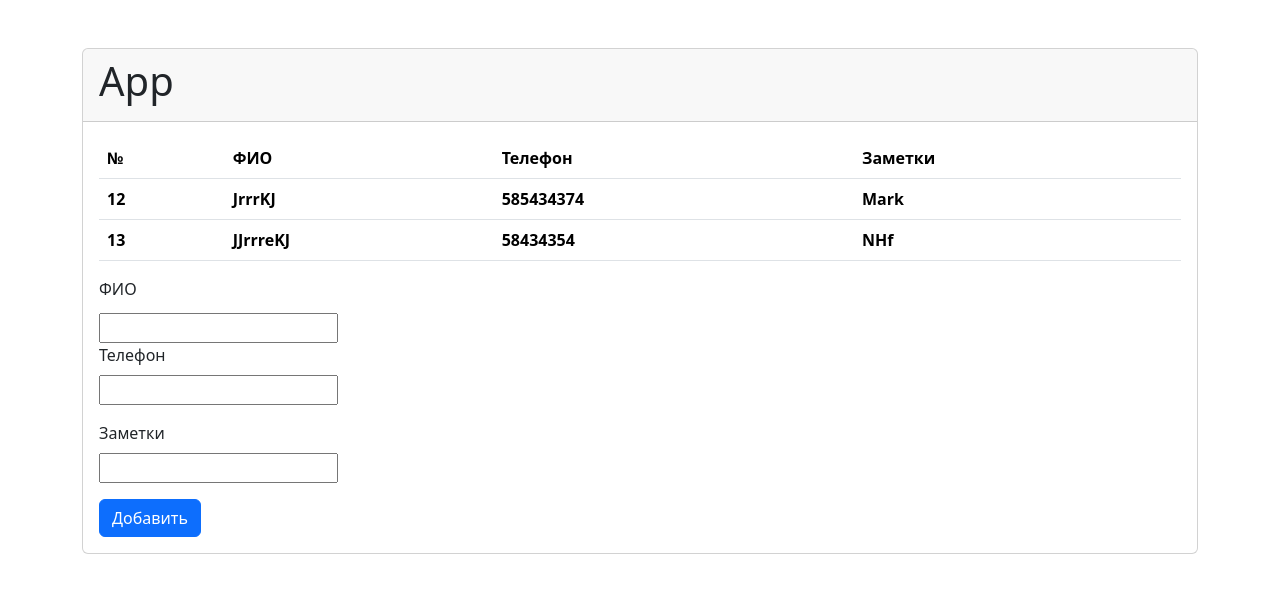
Repository: tatacheba/appstepikjavareact
Page: / (app in client/)
The author's editor kept a copy of each file at every save. The page is drawn from the files as they stood at one save, then again after the next save.
The browser window is 1280 px wide. The pictures show the whole page.
The project was rebuilt for these pictures with package versions that can differ from the ones it lists, and the page was loaded fresh each time. Also part of the build but not shown: client/src/App.css.

Above is the page before, as saved 2024-11-27 14:37:45.

After the next save:
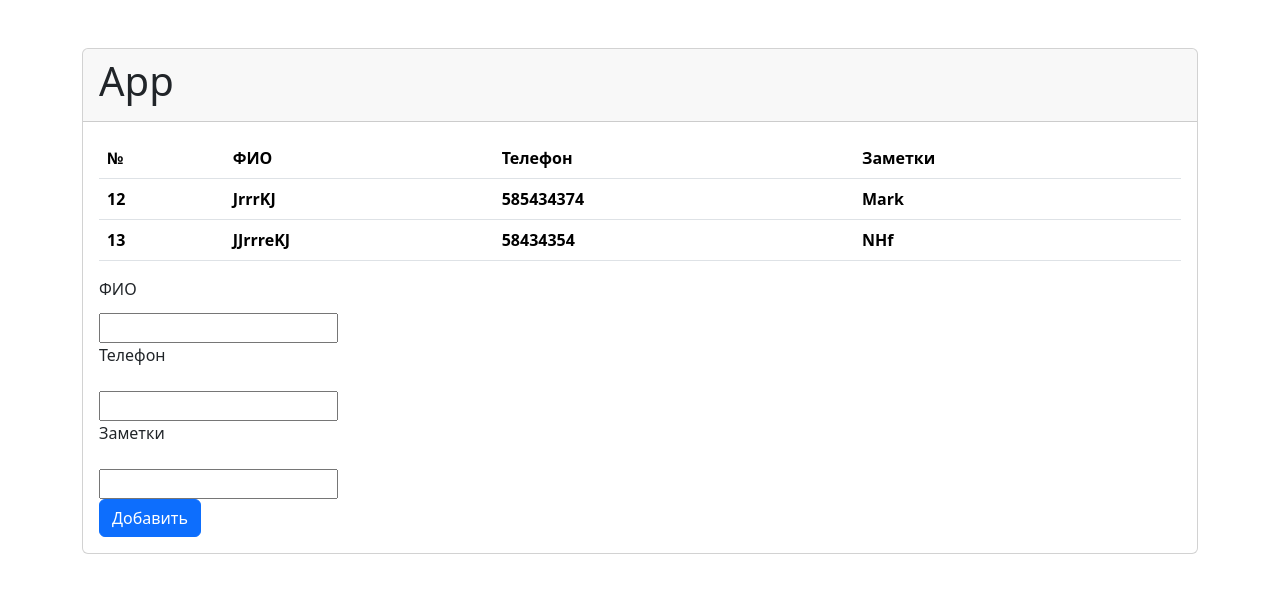
Saved 10 s later.
--- a/client/src/layouts/formNewItem/FormNewItem.js
+++ b/client/src/layouts/formNewItem/FormNewItem.js
@@ -8,11 +8,11 @@ function FormNewItem(props) {
                 <input type="text" />
             </div>
             <label className="form-label">Телефон</label>
-            <div className="mb-3">
+            <div className="mt-3">
                 <input type="textarea" />
             </div>
             <label className="form-label">Заметки</label>
-            <div className="mb-3">
+            <div className="mt-3">
                 <input type="text" />
             </div>
             <button
